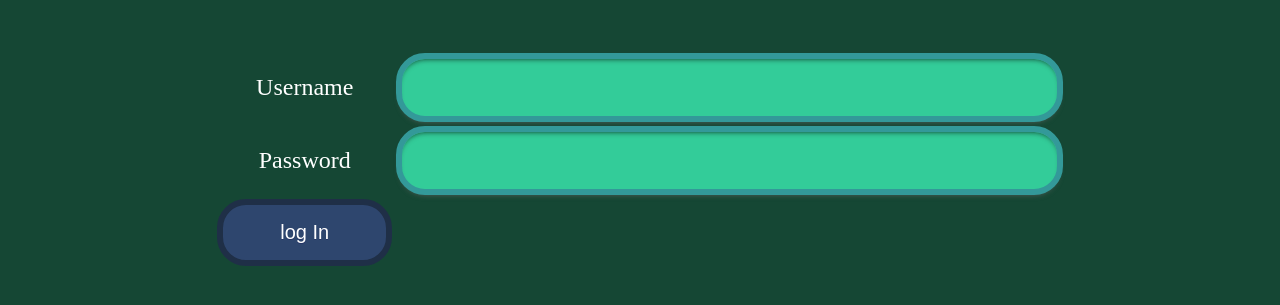
Repository: prajaktamore/Web-Based-Programming-3
Page: http://localhost/BinaryCalculator/submittal.jsp
An editor plug-in stored every save of this project. The page is shown before and after the next save, followed by the edit.
The browser window is 1280 px wide. The pictures show the whole page.
The page is served by Tomcat 9. Other server files are loaded and not shown.

Above is the page before, as saved 2014-04-28 00:27:29.

### BinaryCalculator/WebContent/submittal.jsp
<%@ page language="java" contentType="text/html; charset=ISO-8859-1"
    pageEncoding="ISO-8859-1"%>
<!DOCTYPE html PUBLIC "-//W3C//DTD HTML 4.01 Transitional//EN" "http://www.w3.org/TR/html4/loose.dtd">
<html>
<head>
<meta http-equiv="Content-Type" content="text/html; charset=ISO-8859-1">
<title>Submit Award</title>
<link href="more.css" rel="stylesheet" type="text/css" />

</head>
<body>
<form method="POST" action="Login">
  <table width="page" align="center" >
					<tr>
					  <td height="40" align="center"> <label style="color:#ffffff;font-size:24px" >Username</label> </td>
             			 <td align="center"> <input id="username" name="username" type="text" style ="background: #33CC99; height:55px; width: 600px;text-align:right;font-size:35px; border-radius: 2em; border:6px solid #339999;border-radius:29px; color: #fff; padding-left: 1.5em; outline: none; box-shadow: 0 4px 6px -5px hsl(0, 0%, 40%), inset 0px 4px 6px -5px hsl(0, 0%, 2%)"/></td>
 					</tr>
					<tr>
					  <td height="38" align="center"> <label style="color:#FFFFFF;font-size:24px;">Password</label> </td>
             			 <td align="center"><input id="password" name="password" type="password" style ="background: #33CC99; height:55px; width: 600px;text-align:right;font-size:35px; border-radius: 2em; border:6px solid #339999;border-radius:29px; color: #fff; padding-left: 1.5em; outline: none; box-shadow: 0 4px 6px -5px hsl(0, 0%, 40%), inset 0px 4px 6px -5px hsl(0, 0%, 2%)" /></td>
 					</tr>
  					<tr>
						<td align="center"><input type="submit" name="log" value="log In" style="background-color: #2e466e; color: #ffff; border-radius: 10px;border:6px solid #1f2f47;border-radius:29px;padding:16px 57px;text-shadow:0px 1px 0px #263666;font-size:20px;">
					</tr>
 </table>
 </form>
</body>
</html>

### BinaryCalculator/WebContent/more.css
/*
    author : Prajakta More
    date created : 11 Feb 2014
	Version:  1
    copyright information : Binghamton University
*/

/*Defines style for body tag all fields declared in body tag will follow below style for margins and background*/
body
{
margin-top:50px;
margin-left:50px;
margin-right:50px;
margin-bottom:50px;
background:#154734;
}



input#submit {
    padding: 4px 40px;
    /*give the background a gradient*/
    background:#ffae00; /*fallback for browsers that don't support gradients*/
    background: -webkit-linear-gradient(top, #ffae00, #d67600);
    background: -moz-linear-gradient(top, #ffae00, #d67600);
    background: -o-linear-gradient(top, #ffae00, #d67600);
    background: linear-gradient(top, #ffae00, #d67600);
    border:2px outset #dad9d8;
    /*style the text*/
    font-family:Andika, Arial, sans-serif;
    font-size:1.1em;
    letter-spacing:0.05em;
    text-transform:uppercase;
    color:#fff;
    text-shadow: 0px 1px 10px #000;
    /*add to small curve to the corners of the button*/
    -webkit-border-radius: 15px;
    -moz-border-radius: 15px;
    border-radius: 15px;
    /*give the button a drop shadow*/
    -webkit-box-shadow: rgba(0, 0, 0, .55) 0 1px 6px;
    -moz-box-shadow: rgba(0, 0, 0, .55) 0 1px 6px;
    box-shadow: rgba(0, 0, 0, .55) 0 1px 6px;
    }
    /****NOW STYLE THE BUTTON'S HOVER STATE***/
    input#submit:hover, input#submit:focus {
    border:2px solid #dad9d8;
    }



/*Defines style for table tag all fields declared in table tag will follow below style for border*/
table
{
border: 0px solid #154734;
content-type:text/plain;
charset=iso-8859-1 ;
}
/*Defines style for table data tag all fields declared in table data tag will follow below style for border and text color */
td
{
border: 0px solid #154734;
color:white;
}
/*Defines style for paragraph tag  with class type defined as ex2 all fields declared in paragraph tag will follow below style for font, color, text align*/
p.ex2
{
font:30px arial,sans-serif,centre;
color:#ffffff;
text-align:center;
}
/*Defines style for paragraph tag  with class type defined as ex1 all fields declared in paragraph tag will follow below style for font, color, text align*/
p.ex1
{
font:18px arial,sans-serif,centre;
color:#ffffff;
text-align:center;
}
/*Defines style for img tag all with class name as ex3 fields declared in img tag will
follow below style for margins, background, padding, border, background -color, height, width, float, text- align*/
img.ex3
{
  margin: 5px;
  padding: 5px;
  background-color: #ffffff;
  border: 3px solid #ffffff;
  height: 375px;
  width: 250px;
  float: left;
  text-align: left;
}
/*Defines style for a href tag and its properties for different states as link, visited, hover, active*/
a:link {text-decoration:none;
background-color:#66CCCC;
color:#000000;
}
a:visited {text-decoration:none;
background-color:#9999CC;
color:#660033;
}
a:hover {text-decoration:underline;
background-color:#CC99CC;
color:#000033;
}
a:active {text-decoration:underline;
background-color:#FF99CC;
color:#330000;
}

After the next save:
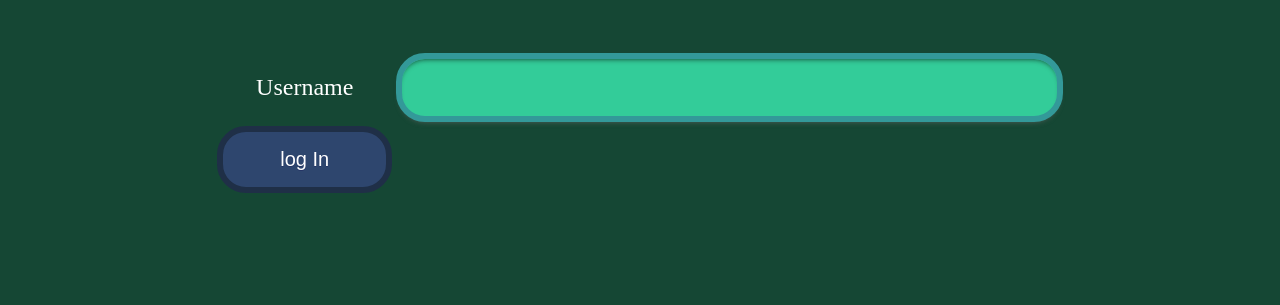
Saved 46 s later.
--- a/BinaryCalculator/WebContent/submittal.jsp
+++ b/BinaryCalculator/WebContent/submittal.jsp
@@ -13,11 +13,7 @@
   <table width="page" align="center" >
 					<tr>
 					  <td height="40" align="center"> <label style="color:#ffffff;font-size:24px" >Username</label> </td>
-             			 <td align="center"> <input id="username" name="username" type="text" style ="background: #33CC99; height:55px; width: 600px;text-align:right;font-size:35px; border-radius: 2em; border:6px solid #339999;border-radius:29px; color: #fff; padding-left: 1.5em; outline: none; box-shadow: 0 4px 6px -5px hsl(0, 0%, 40%), inset 0px 4px 6px -5px hsl(0, 0%, 2%)"/></td>
- 					</tr>
-					<tr>
-					  <td height="38" align="center"> <label style="color:#FFFFFF;font-size:24px;">Password</label> </td>
-             			 <td align="center"><input id="password" name="password" type="password" style ="background: #33CC99; height:55px; width: 600px;text-align:right;font-size:35px; border-radius: 2em; border:6px solid #339999;border-radius:29px; color: #fff; padding-left: 1.5em; outline: none; box-shadow: 0 4px 6px -5px hsl(0, 0%, 40%), inset 0px 4px 6px -5px hsl(0, 0%, 2%)" /></td>
+             			 <td align="center"> <input id="lastname" name="lastname" type="text" style ="background: #33CC99; height:55px; width: 600px;text-align:right;font-size:35px; border-radius: 2em; border:6px solid #339999;border-radius:29px; color: #fff; padding-left: 1.5em; outline: none; box-shadow: 0 4px 6px -5px hsl(0, 0%, 40%), inset 0px 4px 6px -5px hsl(0, 0%, 2%)"/></td>
  					</tr>
   					<tr>
 						<td align="center"><input type="submit" name="log" value="log In" style="background-color: #2e466e; color: #ffff; border-radius: 10px;border:6px solid #1f2f47;border-radius:29px;padding:16px 57px;text-shadow:0px 1px 0px #263666;font-size:20px;">
